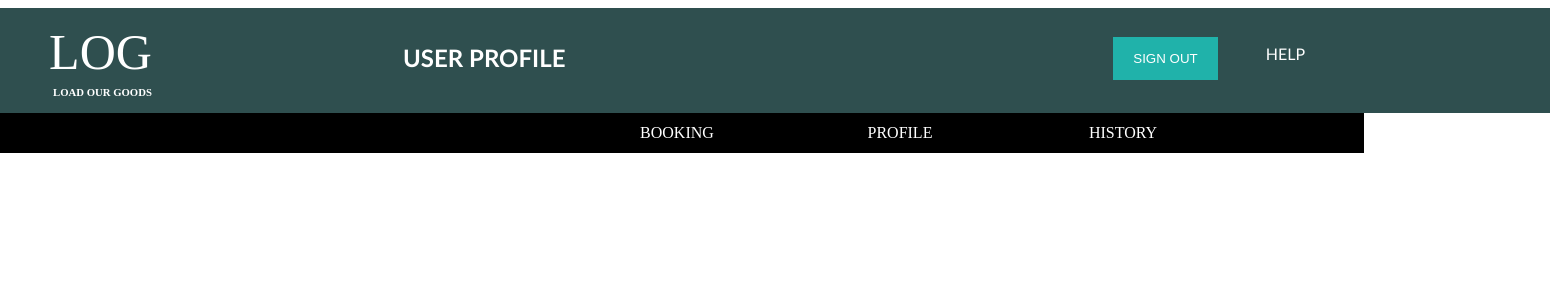
Repository: NAYAN9534/vehicle-booking-system
Page: http://localhost/minor/profile.jsp
These files come from the project's save history. The page is drawn as it stood at one moment and after the next save; the edit follows.
The browser window is 1280 px wide. The page is 1550 px wide, so the pictures cover 1550 px, including what lies to the right of the window. The pictures show the whole page.
The page is served by Tomcat 9.

Above is the page before, as saved 2017-05-27 08:06:01.

### minor/WebContent/profile.jsp
<!doctype html>
<html>
<head>
	<title>LOG</title>
	<link rel="icon"type="image" href="Logo.jpg"/>   <!--fav icon tag-->

	<style>


   #header
  {
       position:relative;

       height:70px;
       width:1550px;
       margin-left: -8px;

  }
  #header_img
  {
       float:left;
       width: 100px;
       height: 80px;
       margin-left: 53px;


  }
  #header_img p
  {
    font-size: 50px;
    color:white;
    font-family: BankGothic Lt BT;
    margin-bottom: -20px;
    text-align: center;
    margin-top: 10px;
    margin-left: -5px;
  }
  #header_img h6
  {
   color: white;
    font-family: BankGothic Lt BT;

  }




  #mid_header h2
  {
     float:left;
     text-align:center;
     height:40px;
     line-height:50px;
     cursor:pointer;
     font-family: Calibri;
     margin-left: 250px;
    float:left;
     list-style:none;
     height:60px;
   margin-bottom: 50px;
}
  #mid_header h2
  {
     color:white;

   }



 #right_header ul
   {
   	margin-left: 500px;
   	float:left;
     list-style:none;
    height:60px;
   }
     #right_header ul li
  {
     float:left;
     font-size:16px;
     width:120px;
     text-align:center;
     height:40px;
     line-height:50px;

     cursor:pointer;
     font-family: Calibri;
}
    #right_header ul li a
  {
     color:white;
     text-decoration:none;
   }
   #right_header ul li:hover

   {
    color: lightblue;
   font-size:20px;
   font-style:bold;
    opacity: 0.5;
 filter: Alpha(opacity=50);

   }


#header
{
	padding-top: 5px;
	background-color:  #2F4F4F;
	height: 100px;
	  position:relative;
}
#right_header ul li a button
{
    background-color:   #20B2AA;
    color: white;
    padding: 14px 20px;
    margin: 8px 0;
    border: none;
    cursor: pointer;
    width: 100%;
    transition-duration: 0.4s;
}
#right_header ul li a button:hover
{
   opacity: 0.5;
 filter: Alpha(opacity=50);
}


#navigation
{
height:40px;
background:black;
margin-left: -10px;
width: 1366px;
}
 #navigation ul
  {
     margin:0px;
     padding:0px;
     list-style:none;
  }

  #navigation ul li
  {
     float:left;
     font-size:16px;
     width:223px;
     text-align:center;
     height:40px;
     line-height:40px;
     display:block;
     cursor:pointer;
}



  #navigation ul li a
  {
     color:white;
     text-decoration:none;
   }
  #navigation ul li:hover

   {
    color: black;
   background:#20B2AA;
   font-size:16px;
   font-style:italic;

    transform: rotateY(360deg);
    transition-duration: 1s;

  box-shadow: 5px 5px 6px grey;

   }

</style>


	<body>

		<div id="container">   <!--main division start-->
		<div id="header">  <!--Header division start-->
		<div id="header_img"><p>LOG</p><h6>LOAD OUR GOODS</h6>



		</div>

		<div id="mid_header">
<h2>USER PROFILE</h2>
</div>
<div id="right_header">
      <ul>
      <li><a href="signout.jsp"><button style="width:auto;">SIGN OUT</button></a></li>
      <li><a href="help.html"><span>HELP</span></a></li></div>
      </ul>
</div>

  <div id="navigation">
<ul>
 <li><a href="booking_page.jsp">BOOKING</a></li>
      <li><a href="welcome.jsp">PROFILE</a></li>
      <li><a href="history.jsp">HISTORY</a></li>
</ul>
</div>
</div><!--Header division ends-->



</div><!--main division ends-->


	</body>
</head>
</html>

After the next save:
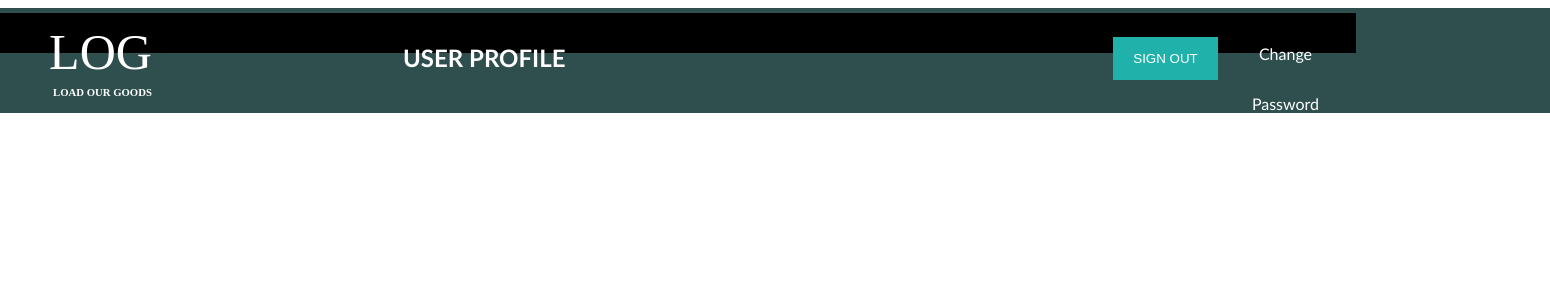
Saved 70 s later.
--- a/minor/WebContent/profile.jsp
+++ b/minor/WebContent/profile.jsp
@@ -195,7 +195,7 @@ width: 1366px;
 <div id="right_header">
       <ul>
       <li><a href="signout.jsp"><button style="width:auto;">SIGN OUT</button></a></li>
-      <li><a href="help.html"><span>HELP</span></a></li></div>
+      <li><a href="change_pass.jsp">Change Password</a></li>
       </ul>
 </div>
 
